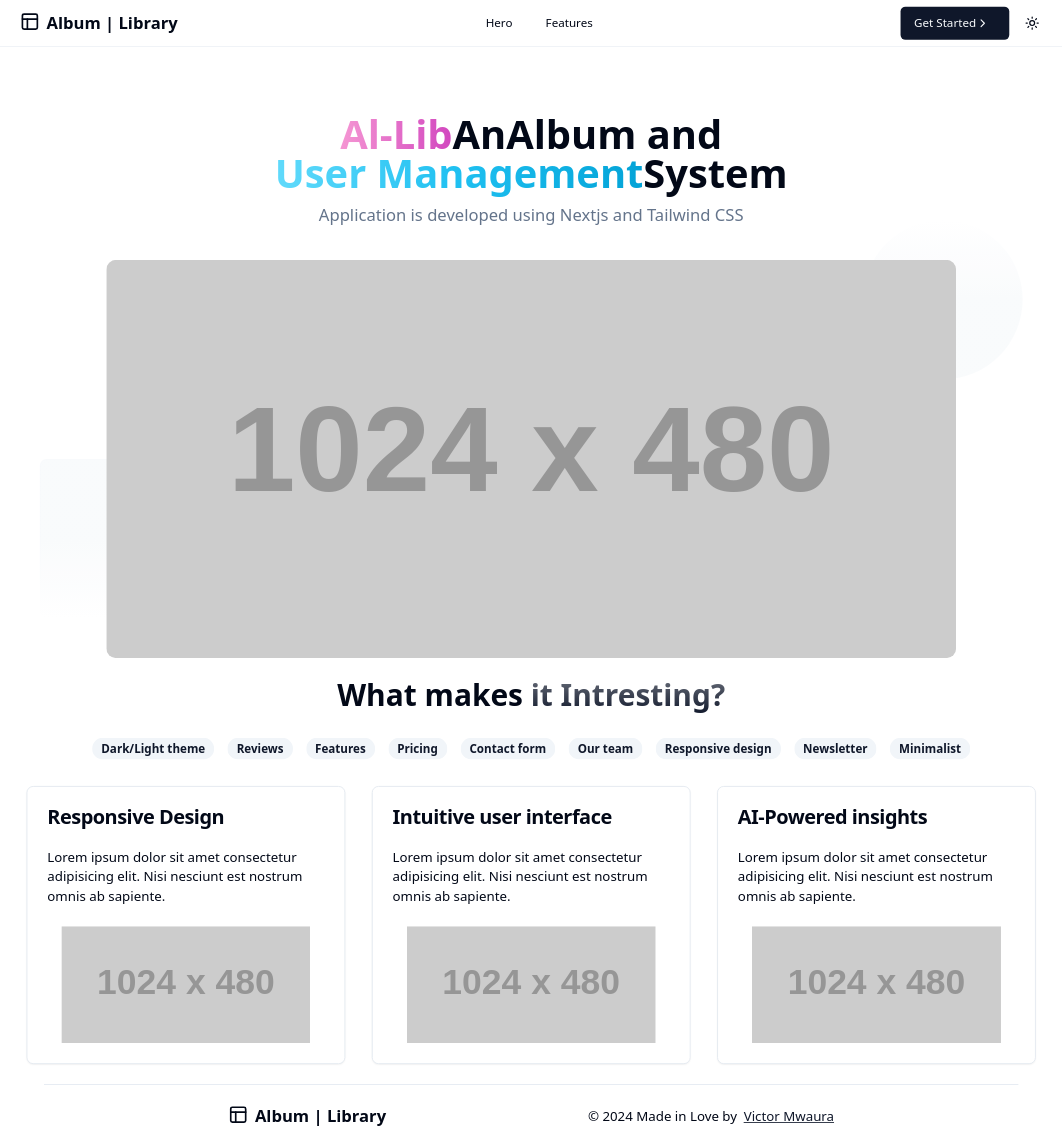
Repository: DevLaukey/savannah-informatics-test
Page: /
An editor plug-in stored every save of this project. The page is shown before and after the next save, followed by the edit.
The browser window is 1280 px wide. The pictures show the whole page, at 83% of full size.
The page's requests for data from a server got no answer. The project was rebuilt for these pictures with package versions that can differ from the ones it lists, and the page was loaded fresh each time. Some packages were replaced by stand-ins written for this rebuild. The framework's server and built-in components were replaced by stand-ins that run in the browser. No one was signed in, and anything a server would have sent is missing. Also part of the build but not shown: next.config.mjs.

Above is the page before, as saved 2024-06-05 09:32:43.

After the next save:
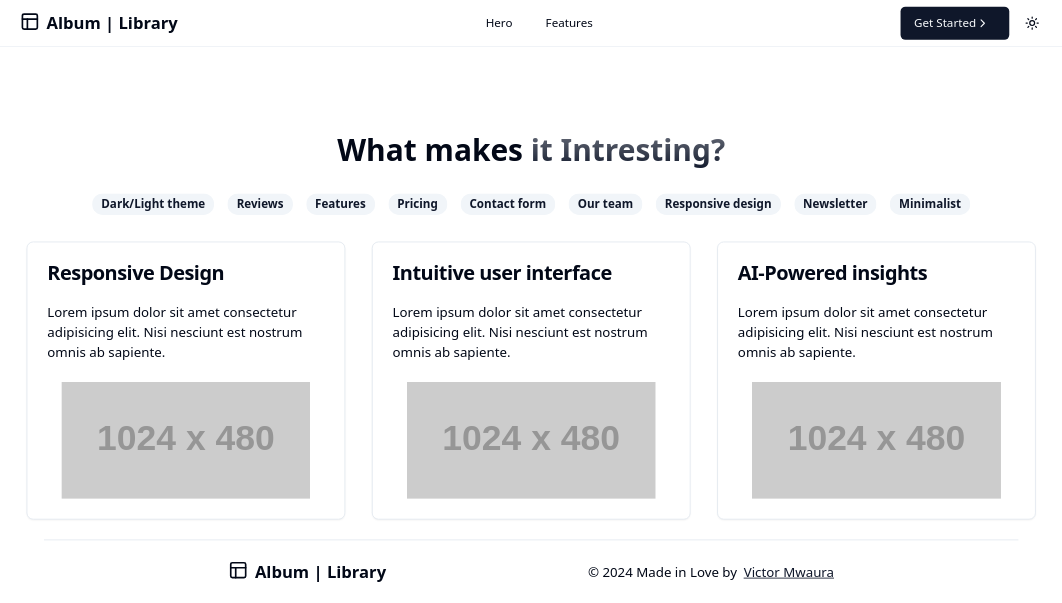
Saved 4 min 37 s later.
--- a/app/page.jsx
+++ b/app/page.jsx
@@ -9,15 +9,16 @@ import { getKindeServerSession } from "@kinde-oss/kinde-auth-nextjs/server";
 // this is the landing page
 export default async function Home() {
   const { getUser } = getKindeServerSession();
-    console.log(await getUser());
+    const user = await getUser();
 
   return (
-    <>
+    <div className="flex flex-col h-screen">
       <Navbar />
       <Hero />
       <About />
       <Footer />
       <ScrollToTop />
-    </>
+    </div>
+
   );
 }

After the save that followed:
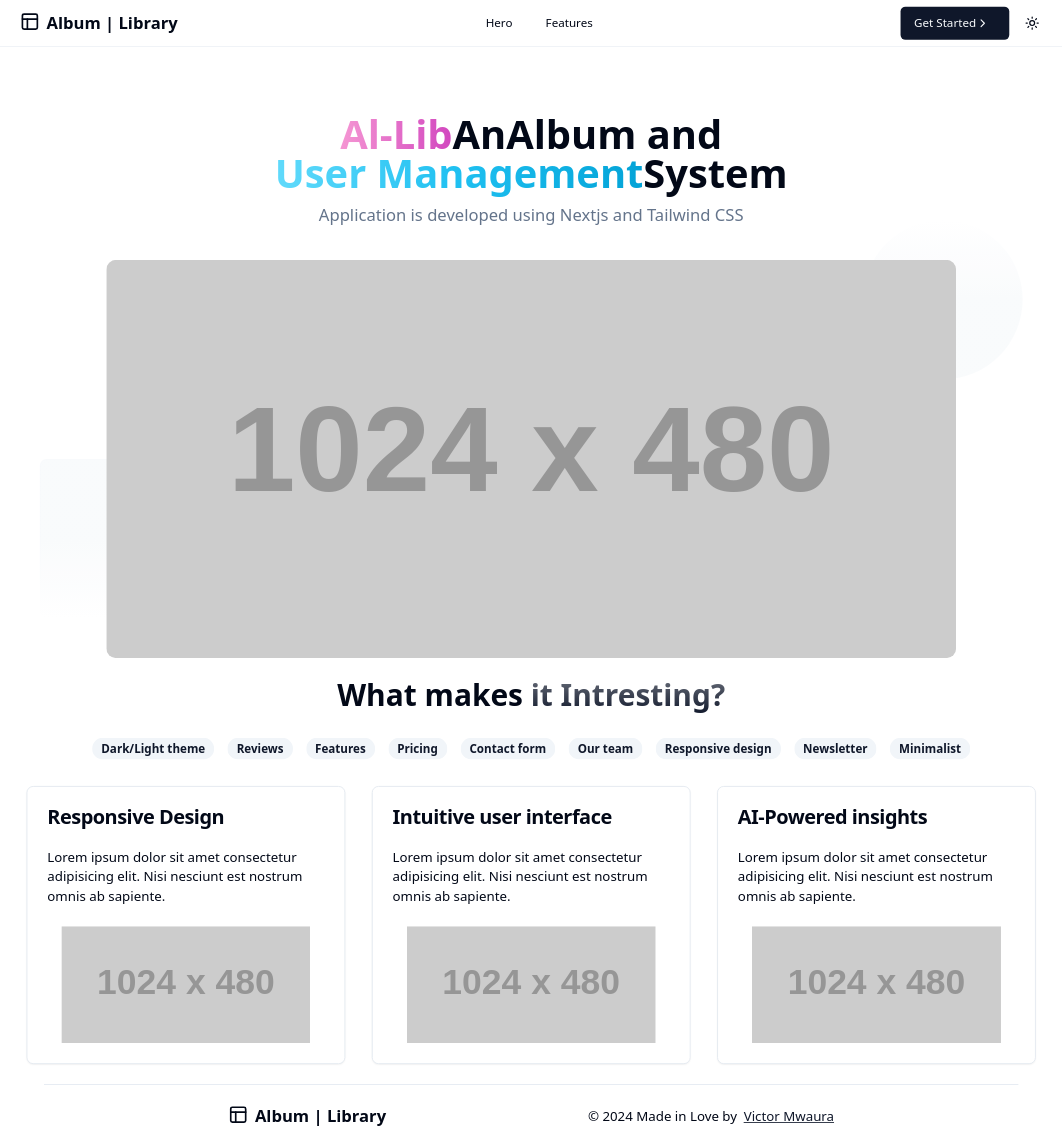
Saved 21 s later.
--- a/app/page.jsx
+++ b/app/page.jsx
@@ -12,7 +12,7 @@ export default async function Home() {
     const user = await getUser();
 
   return (
-    <div className="flex flex-col h-screen">
+    <div className="">
       <Navbar />
       <Hero />
       <About />
